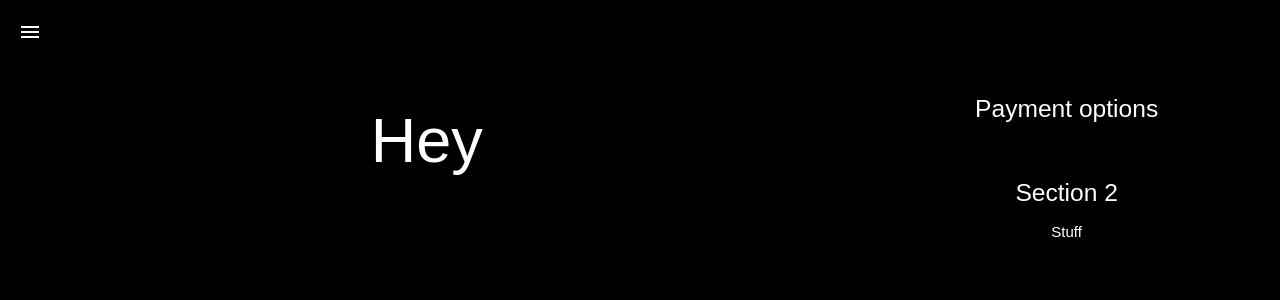
Repository: Ajtheult/final-project
Page: /cart
The author's editor kept a copy of each file at every save. The page is drawn from the files as they stood at one save, then again after the next save.
The browser window is 1280 px wide. The pictures show the whole page.
Some web fonts or font styles are not loaded; a fallback is used. Some web libraries are served in a nearby version. The project was rebuilt for these pictures with package versions that can differ from the ones it lists, and the page was loaded fresh each time. Also part of the build but not shown: src/layout/pages/LandingPage.js, src/layout/pages/About.js, src/layout/pages/catalogue/Keys.js, src/layout/pages/catalogue/String.js, src/layout/pages/catalogue/Woodwind.js, src/layout/pages/catalogue/Percussion.js, src/layout/pages/login/Login.js, src/layout/pages/login/NewSignUp.js.

Above is the page before, as saved 2020-07-23 10:29:43.

### public/index.html
<!DOCTYPE html>
<html lang="en">
  <head>
    <meta charset="utf-8" />
    <link rel="icon" type="image/png" href="favicon.png" />
    <meta name="viewport" content="width=device-width, initial-scale=1" />
    <meta name="theme-color" content="#000000" />
    <meta
      name="description"
      content="Web site created using create-react-app"
    />

    <link rel="manifest" href="%PUBLIC_URL%/manifest.json" />

    <link
      rel="stylesheet"
      href="https://fonts.googleapis.com/icon?family=Material+Icons"
    />
    <link
      rel="stylesheet"
      href="https://cdnjs.cloudflare.com/ajax/libs/animate.css/4.0.0/animate.min.css"
    />
    <link
      href="https://fonts.googleapis.com/css2?family=Gruppo&family=Qwigley&display=swap"
      rel="stylesheet"
    />

    <title>Ling Ling 40 Hours</title>
  </head>
  <body>
    <noscript>You need to enable JavaScript to run this app.</noscript>
    <div id="root"></div>
  </body>
</html>

### src/index.js
import React from "react";
import ReactDOM from "react-dom";

import "materialize-css/dist/css/materialize.min.css";

import App from "./App";

ReactDOM.render(
  <React.StrictMode>
    <App />
  </React.StrictMode>,
  document.getElementById("root")
);

### src/App.js
import React from "react";
import "./App.css";
import Navbar from "./layout/nav/Navbar";
import LandingPage from "./layout/pages/LandingPage";
import About from "./layout/pages/About";
import Keys from "./layout/pages/catalogue/Keys";
import String from "./layout/pages/catalogue/String";
import Woodwind from "./layout/pages/catalogue/Woodwind";
import Percussion from "./layout/pages/catalogue/Percussion";
import Login from "./layout/pages/login/Login";
import Cart from "./layout/pages/Cart";
import NewSignUp from "./layout/pages/login/NewSignUp";

import { BrowserRouter as Router, Switch, Route } from "react-router-dom";

function App() {
  return (
    <Router>
      <div className="App">
        <Navbar />
        <Switch>
          <Route path="/" exact component={LandingPage} />
          <Route path="/about" component={About} />
          <Route path="/login" component={Login} />
          <Route path="/cart" component={Cart} />
          <Route path="/keys" component={Keys} />
          <Route path="/string" component={String} />
          <Route path="/woodwind" component={Woodwind} />
          <Route path="/percussion" component={Percussion} />
          <Route path="/new-sign-up" component={NewSignUp} />
        </Switch>
      </div>
    </Router>
  );
}

export default App;

### src/App.css
.App {
  text-align: center;
}

/* The text colour is white thats why its not showing */

.text-nav {
  margin-left: 55%;
  font-size: 25px;
}

.a-text-nav {
  font-size: 25px;
}

.size {
  font-size: 30px;
}

img.bg {
  /* Set rules to fill background */
  min-height: 100%;
  min-width: 1024px;

  /* Set up proportionate scaling */
  width: 100%;
  height: auto;

  /* Set up positioning */
  position: fixed;
  top: 0;
  left: 0;
  z-index: -1;
}

div.admin-bg {
  /* Set rules to fill background */
  min-height: 100%;
  min-width: 1024px;

  /* Set up proportionate scaling */
  width: 100%;
  height: auto;

  /* Set up positioning */
  position: fixed;
  top: 0;
  left: 0;
  z-index: -1;
  background-color: black;
}

@media screen and (max-width: 1024px) {
  /* Specific to this particular image */
  img.bg {
    left: 50%;
    margin-left: -512px; /* 50% */
  }

  div.admin-bg {
    left: 50%;
    margin-left: -512px; /* 50% */
  }
}

h1,
h2,
h3,
h4,
h5,
h6,
p {
  color: white;
}

.myback {
  height: 220px;
  width: 300px;
}

.centered {
  position: absolute;
  top: 40%;
  left: 50%;
  transform: translate(-50%, -50%);
  font-size: 140px;
  font-family: "Qwigley", cursive;
  color: rgb(255, 255, 255);
}
/* Login-Start */
body {
  font-family: sans-serif;
  background-color: black;
  background-size: cover;
}

.sign {
  text-align: left;
  margin-left: 20px;
  font-size: 22px;
  font-family: serif;
  color: black;
}
.my_login-box {
  width: 300px;
  position: absolute;
  top: 50%;
  left: 50%;
  transform: translate(-50%, -50%);
}

.my_login-box h1 {
  font-size: 30px;
  margin-bottom: 30px;
  padding: 5px;
  font-family: Times, serif;
  color: black;
}

.my_textbox {
  width: 100%;
  overflow: hidden;
  font-size: 20px;
  padding: 8px;
  margin: 8px;
}

.my_textbox input {
  border: none;
  outline: none;
  background: none;
  color: white;
  font-size: 18px;
  width: 80%;
  float: left;
  margin: 0 10px;
}

.my_btn {
  width: 100%;
  background-color: black;
  border: 10px solid black;
  color: rgb(255, 255, 255);
  padding: 5px;
  font-size: 18px;
  cursor: pointer;
  margin: 12px;
}
/* Login-End */

.colour_of_about_text {
  color: white;
  font-size: 30px;
}

.text-colour {
  color: black;
}

.move_down {
  margin-top: 50%;
}

.card_text_colour {
  color: black;
  font-size: 18px;
  text-align: left;
}

.price {
  margin-top: -10px;
  text-align: left;
}

.cart-btn {
  margin-top: 10px;
}

.headings_popup {
  text-align: left;
}

.instrument_sections {
  color: black;
  font-family: "Qwigley", cursive;
  font-size: 80px;
  margin-top: -5px;
  text-shadow: 2px 0 0 #fff, -2px 0 0 #fff, 0 2px 0 #fff, 0 -2px 0 #fff,
    1px 1px #fff, -1px -1px 0 #fff, 1px -1px 0 #fff, -1px 1px 0 #fff;
}

.about {
  font-family: "Qwigley", cursive;
  font-size: 180px;
  color: black;
  text-shadow: 2px 0 0 #fff, -2px 0 0 #fff, 0 2px 0 #fff, 0 -2px 0 #fff,
    1px 1px #fff, -1px -1px 0 #fff, 1px -1px 0 #fff, -1px 1px 0 #fff;
}

.questions {
  font-family: "Gruppo", cursive;
}

.move_this_up {
  margin-top: -10px;
}

.move_my_products {
  margin-top: -70px;
}

.about_us_move {
  margin-left: 50%;
  margin-top: 19%;
  position: absolute;
  padding: 20px;
  transform: translate(-50%, -50%);
}

.gender_colour {
  color: black;
}

.the_container {
  width: 50%;
}

.move_this_row {
  margin-top: -80px;
}

.sign_up_head {
  font-family: "Qwigley", cursive;
  font-size: 100px;
  color: black;
  text-shadow: 2px 0 0 #fff, -2px 0 0 #fff, 0 2px 0 #fff, 0 -2px 0 #fff,
    1px 1px #fff, -1px -1px 0 #fff, 1px -1px 0 #fff, -1px 1px 0 #fff;
}

### src/layout/nav/Navbar.js
/* eslint-disable jsx-a11y/anchor-is-valid */
import React, { Component } from "react";
import M from "materialize-css/dist/js/materialize.min.js";
import "../../App.css";
import logo from "./logo.jpg";
import mybackground from "./mybackground.jpg";
import { Link } from "react-router-dom";

export class Navbar extends Component {
  componentDidMount() {
    document.addEventListener("DOMContentLoaded", function () {
      var elems = document.querySelectorAll(".sidenav");
      // eslint-disable-next-line
      var instances = M.Sidenav.init(elems, {});
    });
  }

  render() {
    return (
      <div>
        <nav>
          <div className="nav-wrapper black">
            <a
              data-target="slide-out"
              className="sidenav-trigger show-on-large"
            >
              <i className="material-icons">menu</i>
            </a>
          </div>
        </nav>
        <ul id="slide-out" className="sidenav">
          <li>
            <div className="user-view">
              <div className="background">
                <img src={mybackground} className="myback" alt="background" />
              </div>
              <a href="/">
                <img className="circle" src={logo} alt="logo" />
              </a>

              <span className="white-text name size">40 hours</span>
              <br />
            </div>
          </li>
          <Link to="/">
            <li>Home</li>
          </Link>
          <Link to="/about">
            <li>About Us</li>
          </Link>
          <li>
            <div className="divider"></div>
          </li>

          <li>
            <div className="subheader">User</div>
          </li>

          <Link to="/login">
            <li>Login</li>
          </Link>
          <Link to="/new-sign-up">
            <li>Sign up</li>
          </Link>

          <Link to="/cart">
            <li>Cart</li>
          </Link>
          <li>
            <div className="divider"></div>
          </li>

          <li>
            <div className="subheader">Catalogue</div>
          </li>

          <Link to="/keys">
            <li>Keys</li>
          </Link>
          <Link to="/string">
            <li>String</li>
          </Link>
          <Link to="/woodwind">
            <li>Woodwind</li>
          </Link>
          <Link to="/percussion">
            <li>Percussion</li>
          </Link>
          <li>
            <div className="divider"></div>
          </li>
          <li>
            <div className="subheader">My Portfolio</div>
          </li>
          <li>
            <a
              className="waves-effect"
              href="https://ajtheult.github.io/portfolio-v3/"
            >
              Asaph Franks
            </a>
          </li>
        </ul>
      </div>
    );
  }
}

export default Navbar;

### src/layout/pages/Cart.js
import React from "react";
import "../../App.css";

const Cart = () => {
  return (
    <div>
      <div class="row">
        <div class="col s8">
          <h1>Hey</h1>
        </div>

        <div class="col s4">
          <div class="section">
            <h5>Payment options</h5>
          </div>
          {/* <div class="divider"></div> */}
          <div class="section ">
            <div className="white">
              <i class="fab fa-cc-paypal"></i>
              <i class="fab fa-cc-visa"></i>
            </div>
            <h5>Section 2</h5>
            <p>Stuff</p>
          </div>
        </div>
      </div>
    </div>
  );
};

export default Cart;

After the next save:
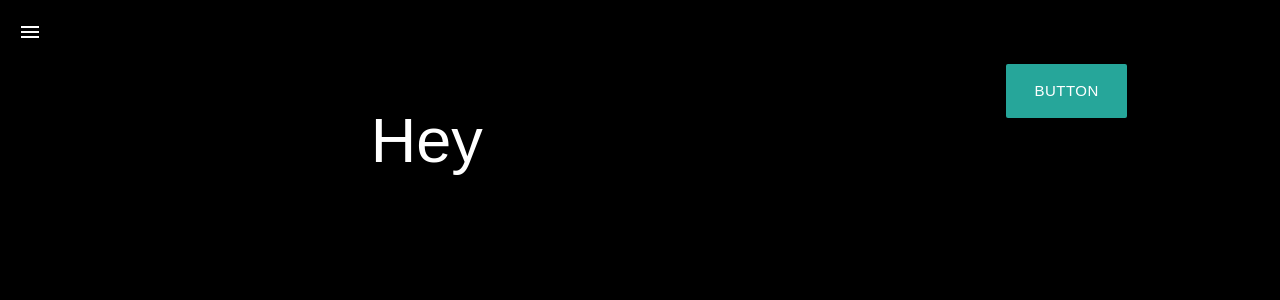
Saved 114 s later.
--- a/src/layout/pages/Cart.js
+++ b/src/layout/pages/Cart.js
@@ -10,18 +10,9 @@ const Cart = () => {
         </div>
 
         <div class="col s4">
-          <div class="section">
-            <h5>Payment options</h5>
-          </div>
-          {/* <div class="divider"></div> */}
-          <div class="section ">
-            <div className="white">
-              <i class="fab fa-cc-paypal"></i>
-              <i class="fab fa-cc-visa"></i>
-            </div>
-            <h5>Section 2</h5>
-            <p>Stuff</p>
-          </div>
+          <a class="waves-effect waves-light btn-large" href="#h">
+            Button
+          </a>
         </div>
       </div>
     </div>
